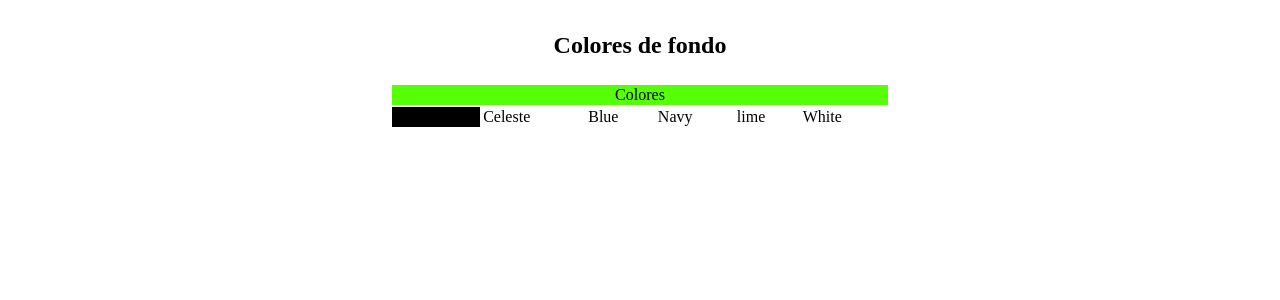
Repository: ThePerez/ArgProg
Page: Practicas ArgProg/Practica 3/Ejercicio 5/index.html
These files come from the project's save history. The page is drawn as it stood at one moment and after the next save; the edit follows.
The browser window is 1280 px wide. The pictures show the whole page.

Above is the page before, as saved 2023-03-14 12:09:23.

### Practicas ArgProg/Practica 3/Ejercicio 5/index.html
<!DOCTYPE html>
<html lang="en">

<head>
     <meta charset="UTF-8">
     <meta http-equiv="X-UA-Compatible" content="IE=edge">
     <meta name="viewport" content="width=device-width, initial-scale=1.0">
     <title>Ejercicio 5</title>
     <link rel="stylesheet" href="styles.css">
</head>

<body>
     <div class="principal">
          <p id="title">Colores de fondo</p>
          <table class="table">
               <tr>
                    <td id="colores" colspan="7">Colores</td>
               </tr>

               <tr>
                    <td class="black">Negro</td>
                    <td class="celeste">Celeste</td>
                    <td class="blue">Blue</td>
                    <td class="navy">Navy</td>
                    <td class="lime">lime</td>
                    <td class="white">White</td>
               </tr>
          </table>
     </div>
</body>

</html>

### Practicas ArgProg/Practica 3/Ejercicio 5/styles.css
#title{
     font-weight: bold;
     font-size: x-large;
     text-align: center;
}

.principal{
     display: grid;
     place-content: center;
}

.table{
     border: 1px;
     width: 500px;
}

#colores{
     background-color: rgb(86, 255, 8);
     text-align: center;
}

.black{
     background-color: black;
}

.celeste{
     background-color: ;
}

After the next save:
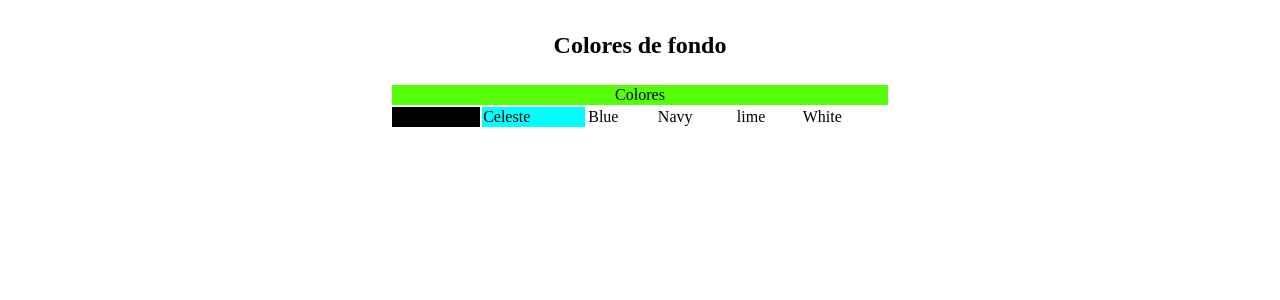
Saved 5 s later.
--- a/Practicas ArgProg/Practica 3/Ejercicio 5/styles.css
+++ b/Practicas ArgProg/Practica 3/Ejercicio 5/styles.css
@@ -24,5 +24,5 @@
 }
 
 .celeste{
-     background-color: ;
+     background-color: aqua;
 }
